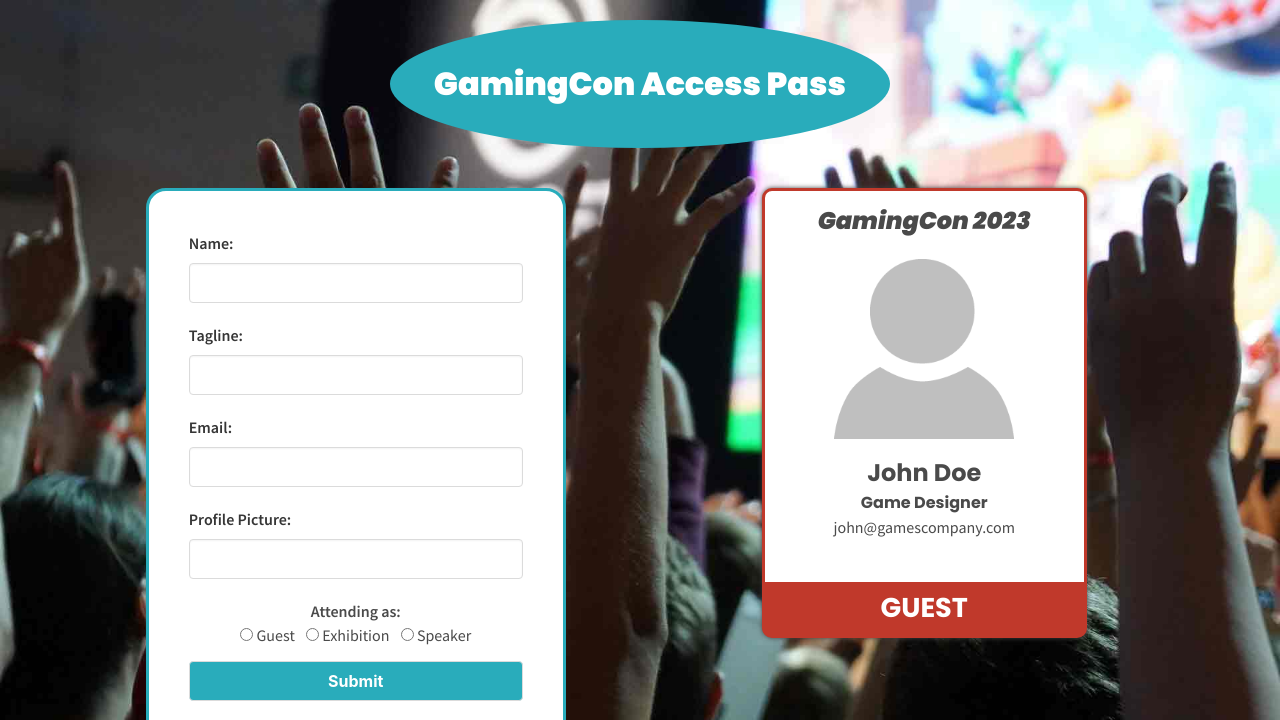
Repository: elroeyayiso/Debugging-a-Warehouse-Inventory-API-Start-Assignment.elroe
Page: index.html
These files come from the project's save history. The page is drawn as it stood at one moment and after the next save; the edit follows.
The browser window is 1280 px wide. The pictures show the whole page.
An inner scrolling area shows only its first screen.

Above is the page before, as saved 2023-07-12 14:34:20.

### index.html
<!DOCTYPE html>
<html lang="en">

<head>
  <meta charset="UTF-8">
  <meta http-equiv="X-UA-Compatible" content="IE=edge">
  <meta name="viewport" content="width=device-width, initial-scale=1.0">
  <meta name="author" content="Lynn Schirmer for CFA 2023">
  <title>Form Validation</title>
  <link rel="preconnect" href="https://fonts.googleapis.com">
  <link rel="preconnect" href="https://fonts.gstatic.com" crossorigin>
  <link
    href="https://fonts.googleapis.com/css2?family=Poppins:ital,wght@0,400;0,500;0,700;0,900;1,400;1,500;1,700;1,900&family=Source+Sans+Pro:ital,wght@0,400;0,600;1,400;1,600&display=swap"
    rel="stylesheet">
  <link rel="stylesheet" href="bulma.css">
  <link rel="stylesheet" href="style.css">
</head>

<body>
  <header>
    <h1 class="page-title">GamingCon Access Pass</h1>
  </header>
  <main>
    <section>
      <form id="card-form">
        <!--Exercise 1: Creating a form, browser validation
        1. Add 4 label and input pairs to the form for:
          Name
          Tagline
          Email Address
          Profile picture

          Label tags:
            Use the for attribute
            Set class to "label".
          Input tags:
            Set the correct value for the type attribute, we will need a url for pictures.
            Set a unique id in format: "email-input"
            Set class to "input"
            Add the placeholder attribute to provide an example of what to type in the input
          p tag:
            Under the input tag for the tagline, add a p tag with class "help" and id "warning"
        2. Try submitting the form without a valid email or url-->

        <label for="label" class= "label">Name: </label>
        <input type="text" id="name-input" class="input" name="Name" required/>

        <label for="label" class= "label">Tagline: </label>
        <input type="text" id="tagline-input" class="input" name="Tagline" minlength="10" maxlength="50" required/>
        <p class= "help" id="warning"></p>

        <label for="label" class= "label">Email: </label>
        <input type="email" id="email-input" class="input" name="Email" required/>

        <label for="label" class= "label">Profile Picture: </label>
        <input type="url" id="pic-input" class="input" name="Profile Picture" required/>


        <!--Exercise 2: Finishing the form, radio inputs
        1. Add a fieldset tag with class "control"
        2. Inside the fieldset, add a legend tag with text "Attending as:"
        3. Add 3 label and input pairs for radio buttons
           Set class "radio" on the labels
           In the inputs, set name to "guest-type" and set the value attribute to the label text.
        -->

        <fieldset>

          <legend>Attending as:</legend>

          <label for = "radio" class = "radio">
            <input type="radio" name="guest-type" value="Guest"/> Guest
          </label>

          <label for = "radio" class = "radio">
            <input type="radio" name="guest-type" value="Exhibition"/> Exhibition
          </label>

          <label for = "radio" class = "radio">
            <input type="radio" name="guest-type" value="Speaker"/> Speaker
          </label>

        </fieldset>











        <!--Exercise 3: Required attirbute
        Make all inputs required.
        Try submitting the form with empty fields -->

        <!--Exercise 4: Character count limits
        Set a character minlength and maxlength on the tagline input.
        Try submitting the form with the wrong number of characters. -->

        <input type="submit" class="button is-fullwidth">
      </form>
    </section>

    <section>
      <div class="card-display">
        <h2 id="logo">GamingCon 2023</h2>
        <img id="profile" src="user.png">
        <h1 id="name">John Doe</h1>
        <h3 id="tagline">Game Designer</h3>
        <p id="email">john@gamescompany.com</p>
        <div id="guest">
          <h2 id="guest-level">Guest</h2>
        </div>
      </div>
    </section>


  </main>



  <script>
    const swears = ['poopypants', 'bobblehead', 'termite licker', 'knickers', 'bloomers'];
    const form = document.querySelector('form');


    const nameInput = document.querySelector('#name-input');
    const taglineInput = document.querySelector('#tagline-input');
    const emailInput = document.querySelector('#email-input');
    const picInput = document.querySelector('#pic-input');
    const guestInputs = document.querySelectorAll('input[name="guest-type"]');
    const warning = document.querySelector('#warning');

    /* Exercise 10: Finessing JS valiation, removing the swear word warning when the user starts typing in the input again.
    1. Add an event listener to the tagline input for the focus event
    2. Pass it a function expression
    3. Inside the function, use the this keyword to remove the class 'is-danger'
    4. Also, remove the class 'is-danger' from the warning p tag and change its text to an empty string.
    */






    /*
    Exercise 6: Practice DOM selection
    Assign a variable to each element in the card that will show the input data.

    When creating variable put on left
    */

   let cardName = document.querySelector('#name');
   let cardTagline = document.querySelector('#tagline');
   let cardEmail = document.querySelector('#email');
   let cardPic = document.querySelector('#profile')
   let cardGuest = document.querySelector('#guest');




    /* Exercise 8: JS validation, checking for bad words in the tagline
    1. Create a fucntion called noDirtyWords with one parameter - tagline.
    2. Inside the function use some() to check if the user's tagline includes() anything from the swears array.
    3. If so, add class "is-danger" to warning and taglineInput
       add text to warning that says, "Clean up your language please."
       return false
    4. If not, return true.*/

    function dirtyWords(words){
      let badWords = swears.some((word) => words.includes(word));
      if (badWords) {
        return true;
      } else {
        return false;
      }
    }



    /* Exercise 9: Checking for bad words continued
    5. Inside the addEventListener function expression, create a conditional statement.
       If noDirtyWords returns true, show the data on the card,
       if not, return false.
    */







    /* Exercise 7: Making the form work
    1. Add an event listener to the form for the submit event, and pass it a function expression with one parameter - event.
    2. Prevent the default form submit behavior.
    3. Inside the function, use the predefined global variables to get the value of each input.
    4. Use forEach() to iterate through the radio buttons to find which one is checked.
    5. Use the global variables you created for the card elements to show the form data on the card.
    6. Check to make sure the function works. */

    form.addEventListener('submit', function (event){
      event.preventDefault();
      let name = nameInput.value;
      let tagline = taglineInput.value;
      let email = emailInput.value;
      let pic = picInput.value;

      let guestType;
      guestInputs.forEach((btn) => {
        if(btn.checked === true){
          guestType = btn.value
        }
      });

      if(dirtyWords(tagline)){
        warning.innerHTML = "Clean up your language please";
        warning.innerHTML.add('is-danger');
        taglineInput.innerHTML.add('classList');
        return false;
      }else{
        cardName.innerHTML = name;
        cardTagline.innerHTML = tagline;
        cardEmail.innerHTML = email;
        cardPic.src = pic;
        cardGuest.innerHTML = guestType;
      }
    });










  </script>

</body>

</html>

### style.css
html,
body {
  height: 100%;
}

body {
  margin: 0;
  min-height: 100%;
  overflow: auto;
  text-align: center;
  background-color: black;
  background-image: url('gamescom.jpg');
  background-size: cover;
  background-repeat: no-repeat;
  font-family: 'Source Sans Pro', sans-serif;
}

header {
  padding: 20px;
}

h1,
h2,
h3,
h4,
h5,
h6 {
  font-family: 'Poppins', sans-serif;
  font-weight: 700;
}

.page-title {
  margin: auto;
  width: 500px;
  padding: 40px 0;
  border-radius: 50%;
  font-size: 2rem;
  font-weight: 900;
  color: white;
  background-color: #29acbb;
}

main {
  margin: auto;
  padding: 0 4%;
  min-height: 100%;
}

section {
  margin: 20px auto 40px auto;
}

form,
.card-display {
  margin: auto;
}

#card-form {
  background-color: white;
  max-width: 420px;
  text-align: center;
  padding: 40px;
  border-radius: 20px;
  border: 3px solid #29acbb;
}

label {
  text-align: left;
}

input {
  margin-bottom: 20px;
}

.control {
  text-align: left;
  padding: 10px 0 20px 0
}

legend {
  font-weight: bold;
}

input[type="submit"] {
  background-color: #29acbb;
  cursor: pointer;
  color: white !important;
  line-height: 1em;
  font-weight: bold;
}

/* Exercise 5
Use the valid and invalid pseudo selectors to style the text and border-color
of the inputs, red for invalid, green for valid */




.help {
  margin: 0;
  padding: 0;
  text-align: left;
}

.is-danger {
  font-size: 1em;
  margin-bottom: 20px;
}


.card-display {
  width: 325px;
  height: 450px;
  position: relative;
  padding: 12px;
  background-color: white;
  border: 3px solid #c0392b;
  border-radius: 10px;
  box-shadow: 0px 0px 5px 0 #444;
  text-align: center;
}

#logo {
  font-size: 1.5em;
  font-weight: 900;
  font-style: italic;
}

#name {
  font-size: 1.5rem;
}

#profile {
  margin-top: 10px;
  width: 200px;
  background-color: white;
  padding: 10px;
  border-radius: 4px;
}

#guest {
  position: absolute;
  left: 0px;
  bottom: 0px;
  width: 100%;
  background-color: #c0392b;
  color: white;
  padding: 6px 0px;
}

#guest-level {
  font-size: 1.7em;
  text-transform: uppercase;
}


@media screen and (min-width: 900px) {
  section {
    display: inline-block;
    vertical-align: top;
    width: 48%;
  }

}

Loaded but not shown: bulma.css (library)

After the next save:
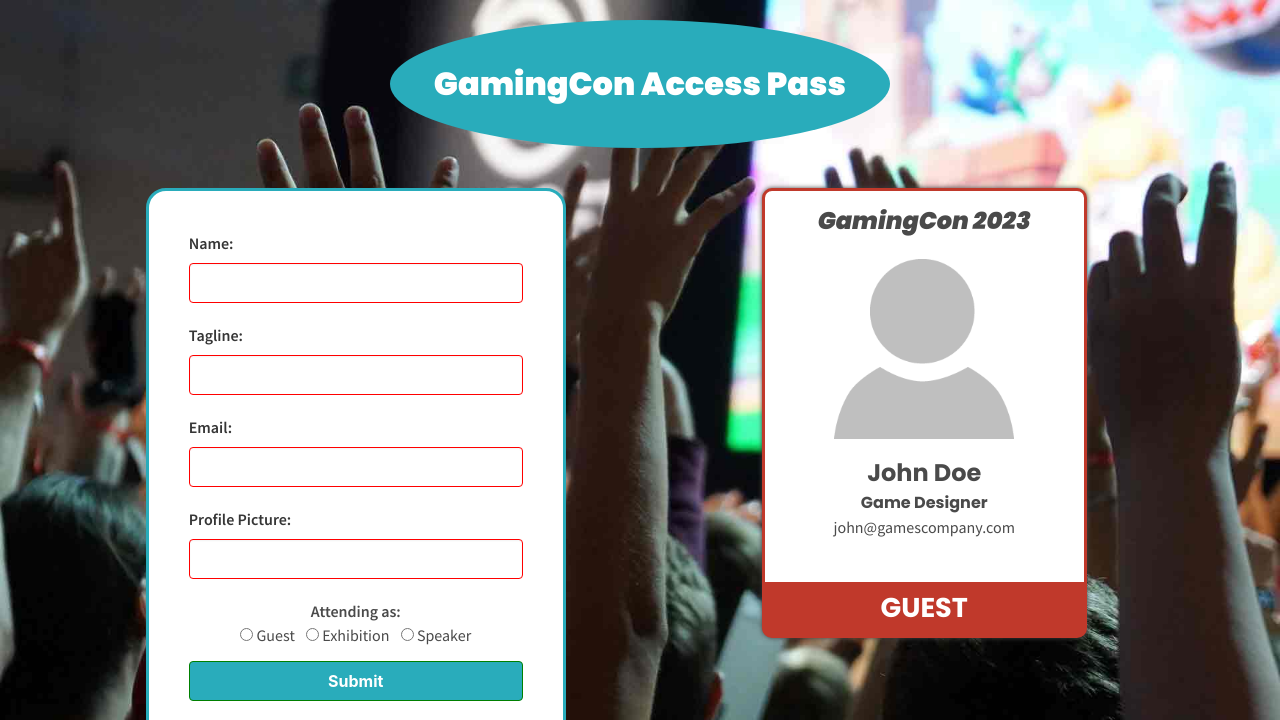
Saved 97 s later.
--- a/style.css
+++ b/style.css
@@ -92,8 +92,15 @@ input[type="submit"] {
 /* Exercise 5
 Use the valid and invalid pseudo selectors to style the text and border-color
 of the inputs, red for invalid, green for valid */
+input:valid, input:focus:valid{
+    color: green;
+    border-color: green;
+}
 
-
+input:invalid, input:focus:invalid{
+    color: red;
+    border-color: red;
+}
 
 
 .help {
